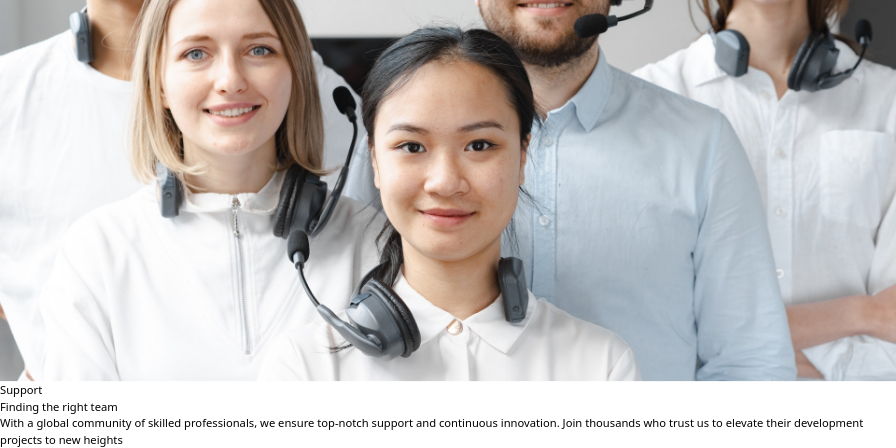
Repository: adrcstro/react-project-2
Page: /
The author's editor kept a copy of each file at every save. The page is drawn from the files as they stood at one save, then again after the next save.
The browser window is 1280 px wide. The pictures show the part of the page from y = 1579 to 3499 px (the page is 2219 px tall before and 3499 px after), at 70% of full size.
The project was rebuilt for these pictures with package versions that can differ from the ones it lists, and the page was loaded fresh each time.

Above is the page before, as saved 2024-08-15 20:16:05.

After the next save:
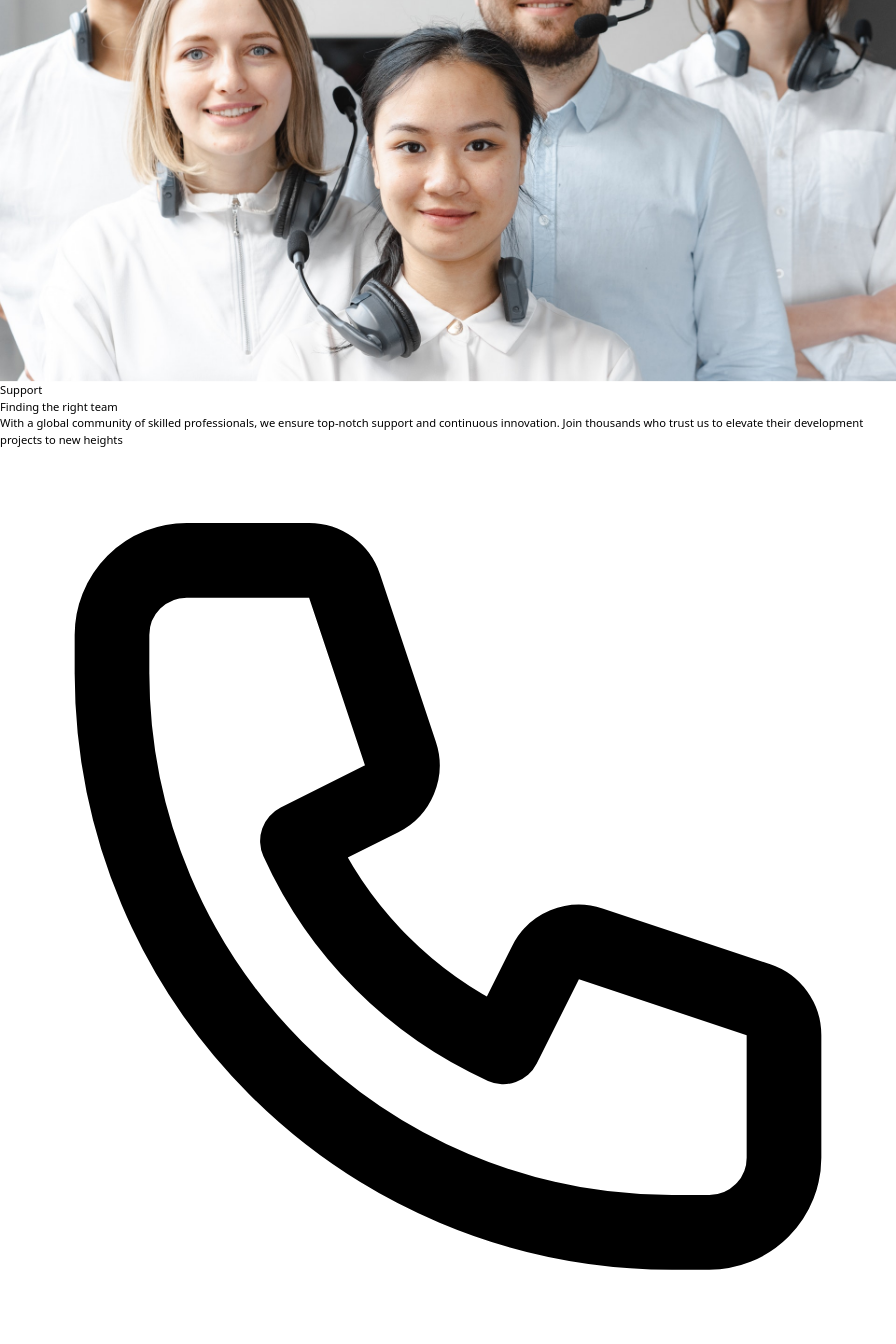
Saved 70 s later.
--- a/src/components/Support.jsx
+++ b/src/components/Support.jsx
@@ -16,6 +16,12 @@ function Support() {
                 <p>With a global community of skilled professionals, we ensure top-notch support and continuous innovation. Join thousands
                  who trust us to elevate their development projects to new heights</p>
             </div>
+
+            <div>
+                 <div>
+                    <PhoneIcon/>
+                 </div>
+            </div>
         </div>
     </div>
   )
